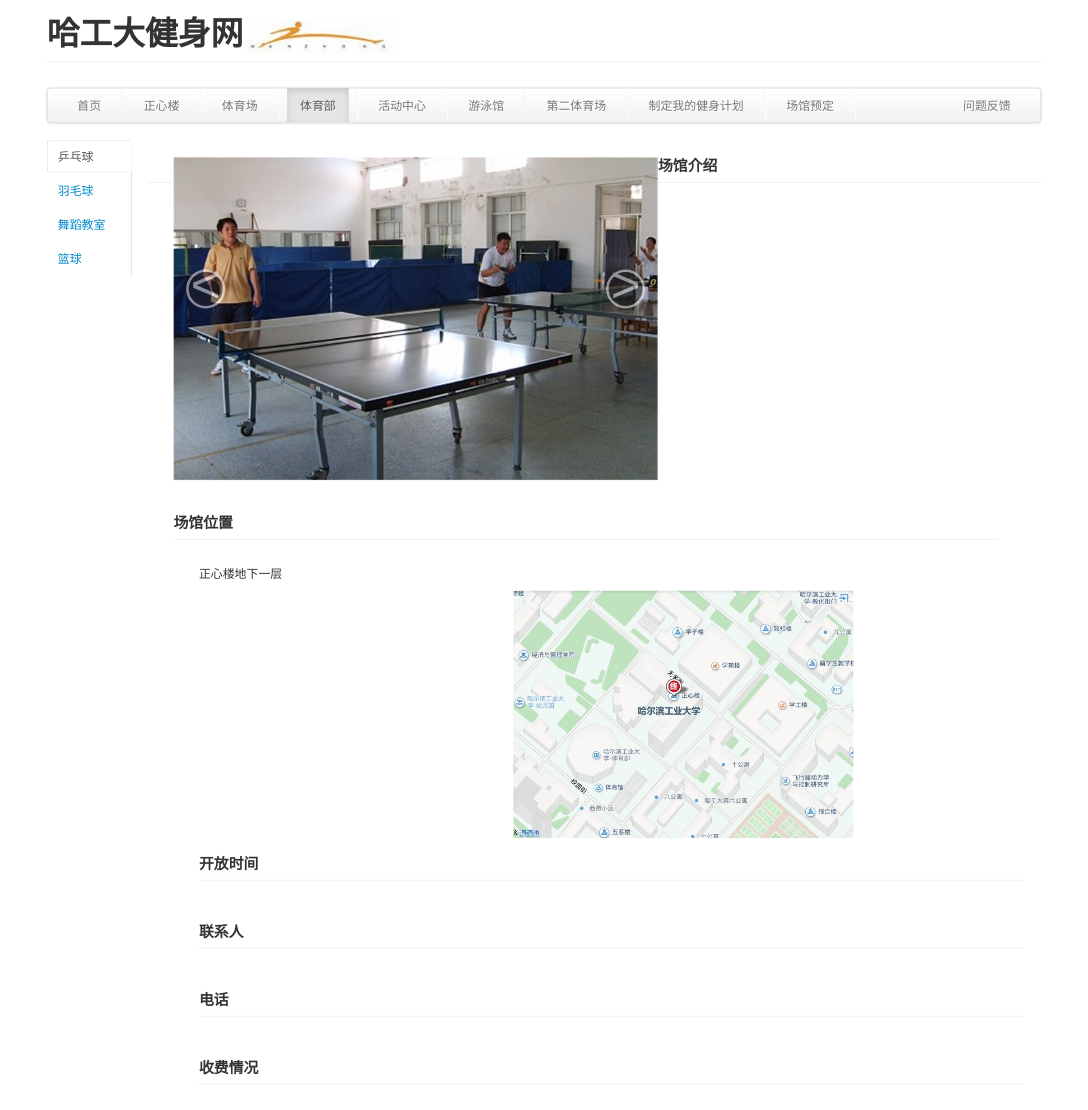
Repository: hitDeveloper/fitness
Page: http://localhost/project/tiyubu.jsp
The author's editor kept a copy of each file at every save. The page is drawn from the files as they stood at one save, then again after the next save.
The browser window is 1280 px wide. The pictures show the whole page, at 85% of full size.
The page is served by Tomcat 9. Nobody is signed in. The application's start-up code is not run. Other server files are loaded and not shown.

Above is the page before, as saved 2014-11-04 15:18:09.

### Project/project/WebRoot/tiyubu.jsp
<%@ page language="java" import="java.util.*" pageEncoding="UTF-8"%>
<!DOCTYPE html>
<html>
<head>
<title>首页</title>
	<meta name="viewport" content="width=device-width, initial-scale=1.0"  charset="utf-8">
	<link href="bootstrap.min.css" rel="stylesheet" type="text/css" media="screen">
	<link href="bootstrap-responsive.min.css" rel="stylesheet" type="text/css">
</head>
<body>
<div class="container">
<h1 class="page-header" >哈工大健身网<img src="image/logo.jpg"></h1>
<div class="navbar">
<div class="navbar-inner">
<div class="container">
<ul class="nav">
	<li ><a href="main.jsp">首页</a></li>
	<li class="divider-vertical"></li>
	<li><a href="zhengxin.jsp">正心楼</a></li>
	<li class="divider-vertical"></li>
	<li><a href="gym.jsp">体育场</a></li>
	<li class="divider-vertical"></li>
	<li class="active"><a href="tiyubu.jsp">体育部</a></li>
	<li class="divider-vertical"></li>
	<li><a href="center.jsp">活动中心</a></li>
	<li class="divider-vertical"></li>
	<li><a href="swimming.jsp">游泳馆</a></li>
	<li class="divider-vertical"></li>
	<li><a href="gym2.jsp">第二体育场</a></li>
	<li class="divider-vertical"></li>
	<li><a href="myplan.jsp">制定我的健身计划</a></li>
	<li class="divider-vertical"></li>
	<li><a href="myplan.jsp">场馆预定</a></li>
	<li class="divider-vertical"></li>
</ul>
<ul class="nav pull-right">
	<li><a href="problem.jsp">问题反馈</a></li>
</ul>
</div>
</div>
</div>

<div class="tabbable tabs-left">
<ul class="nav nav-tabs">
	<li class="active"><a href="#pingpong" data-toggle="tab">乒乓球</a></li>
	<li><a href="#yumaoqiu" data-toggle="tab">羽毛球</a></li>
	<li><a href="#wudao" data-toggle="tab">舞蹈教室</a></li>
	<li><a href="#lanqiu" data-toggle="tab">篮球</a></li>
</ul>
<div class="tab-content">
<div class="tab-pane active" id="pingpong">
<div class="span6">
<div class="carousel slide" id="carousel1">
<div class="carousel-inner">
<div class="item active">
<img src="image/gym/zhengxinlou/pingpangqiu/200791011446618.jpg" alt="">
</div>
<div class="item">
<img src="image/gym/zhengxinlou/pingpangqiu/160S0355A4.jpg" alt="">
</div>
<div class="item">
<img src="image/gym/zhengxinlou/pingpangqiu/7096_1324380234pF3x.jpg" alt="">
</div>
<div class="item">
<img src="image/gym/zhengxinlou/pingpangqiu/2013222161721926.jpg" alt="">
</div>
</div>
<a href="#carousel1" data-slide="prev" class="left carousel-control"><</a>
<a href="#carousel1" data-slide="next" class="right carousel-control">></a>
</div>
</div>
<div>
<h4 class="page-header">场馆介绍</h4>
<p></p>
</div>
<div class="span10">
<h4 class="page-header">场馆位置</h4>
<div class="span4">
<p>正心楼地下一层</p>
</div>
<div class="span8">
<img src="image/1.jpg" class="pull-right" width="400">
</div>
<div class="span10">
<h4 class="page-header">开放时间</h4>
<p></p>
</div>
<div class="span10">
<h4 class="page-header">联系人</h4>
<p></p>
</div>
<div class="span10">
<h4 class="page-header">电话</h4>
<p></p>
</div>
<div class="span10">
<h4 class="page-header">收费情况</h4>
<p></p>
</div>
</div>
</div>
<div class="tab-pane" id="yumaoqiu">
<div class="span6">
<div class="carousel slide" id="carousel2">
<div class="carousel-inner">
<div class="item active">
<img src="image/gym/zhengxinlou/yumaoqiu/20090427093350883.jpg" alt="">
</div>
<div class="item">
<img src="image/gym/zhengxinlou/yumaoqiu/20090518151332698.jpg" alt="">
</div>
<div class="item">
<img src="image/gym/zhengxinlou/yumaoqiu/20090518151325566.jpg" alt="">
</div>
<div class="item">
<img src="image/gym/zhengxinlou/yumaoqiu/20090518151319672.jpg" alt="">
</div>
<div class="item">
<img src="" alt="">
</div>
</div>
<a href="#carousel2" data-slide="prev" class="left carousel-control"><</a>
<a href="#carousel2" data-slide="next" class="right carousel-control">></a>
</div>
</div>
<div>
<h4 class="page-header">场馆介绍</h4>
<p></p>
</div>
<div class="span10">
<h4 class="page-header">场馆位置</h4>
<div class="span4">
<p>正心楼地下一层</p>
</div>
<div class="span10">
<img src="image/1.jpg" class="pull-right" width="400">
</div>
<div class="span10">
<h4 class="page-header">开放时间</h4>
<p></p>
</div>
<div class="span10">
<h4 class="page-header">联系人</h4>
<p></p>
</div>
<div class="span10">
<h4 class="page-header">电话</h4>
<p></p>
</div>
<div class="span10">
<h4 class="page-header">收费情况</h4>
<p></p>
</div>
</div>
</div>
<div class="tab-pane" id="wudao">
<div class="span6">
<div class="carousel slide" id="carousel3">
<div class="carousel-inner">
<div class="item active">
<img src="image/gym/zhengxinlou/wudaojiaoshi/cg(13).jpg" alt="">
</div>
<div class="item">
<img src="image/gym/zhengxinlou/wudaojiaoshi/u=3457288260,733846613&fm=23&gp=0.jpg" alt="">
</div>
<div class="item">
<img src="image/gym/zhengxinlou/wudaojiaoshi/20090610135412554.jpg" alt="">
</div>
<div class="item">
<img src="image/gym/zhengxinlou/wudaojiaoshi/20090427093504598.jpg" alt="">
</div>
</div>
<a href="#carousel3" data-slide="prev" class="left carousel-control"><</a>
<a href="#carousel3" data-slide="next" class="right carousel-control">></a>
</div>
</div>
<div>
<h4 class="page-header">场馆介绍</h4>
<p></p>
</div>
<div class="span10">
<h4 class="page-header">场馆位置</h4>
<div class="span4">
<p>正心楼地下一层</p>
</div>
<div class="span10">
<img src="image/1.jpg" class="pull-right" width="400">
</div>
<div class="span10">
<h4 class="page-header">开放时间</h4>
<p></p>
</div>
<div class="span10">
<h4 class="page-header">联系人</h4>
<p></p>
</div>
<div class="span10">
<h4 class="page-header">电话</h4>
<p></p>
</div>
<div class="span10">
<h4 class="page-header">收费情况</h4>
<p></p>
</div>
</div>
</div>

<div class="tab-pane" id="lanqiu">
<div class="span6">
<div class="carousel slide" id="carousel4">
<div class="carousel-inner">
<div class="item active">
<img src="image/gym/zhengxinlou/wudaojiaoshi/cg(13).jpg" alt="">
</div>
<div class="item">
<img src="image/gym/zhengxinlou/wudaojiaoshi/u=3457288260,733846613&fm=23&gp=0.jpg" alt="">
</div>
<div class="item">
<img src="image/gym/zhengxinlou/wudaojiaoshi/20090610135412554.jpg" alt="">
</div>
<div class="item">
<img src="image/gym/zhengxinlou/wudaojiaoshi/20090427093504598.jpg" alt="">
</div>
</div>
<a href="#carousel4" data-slide="prev" class="left carousel-control"><</a>
<a href="#carousel4" data-slide="next" class="right carousel-control">></a>
</div>
</div>
<div>
<h4 class="page-header">场馆介绍</h4>
<p></p>
</div>
<div class="span10">
<h4 class="page-header">场馆位置</h4>
<div class="span4">
<p>正心楼地下一层</p>
</div>
<div class="span10">
<img src="image/1.jpg" class="pull-right" width="400">
</div>
<div class="span10">
<h4 class="page-header">开放时间</h4>
<p></p>
</div>
<div class="span10">
<h4 class="page-header">联系人</h4>
<p></p>
</div>
<div class="span10">
<h4 class="page-header">电话</h4>
<p></p>
</div>
<div class="span10">
<h4 class="page-header">收费情况</h4>
<p></p>
</div>
</div>
</div>
</div>


</div>
</div>
		<script src="jquery-1.11.1.min.js"></script>
		<script src="bootstrap.min.js"></script>
</body>
</html>

Loaded but not shown: Project/project/WebRoot/bootstrap.min.css (library); Project/project/WebRoot/bootstrap-responsive.min.css (library); Project/project/WebRoot/jquery-1.11.1.min.js (library); Project/project/WebRoot/bootstrap.min.js (library)

After the next save:
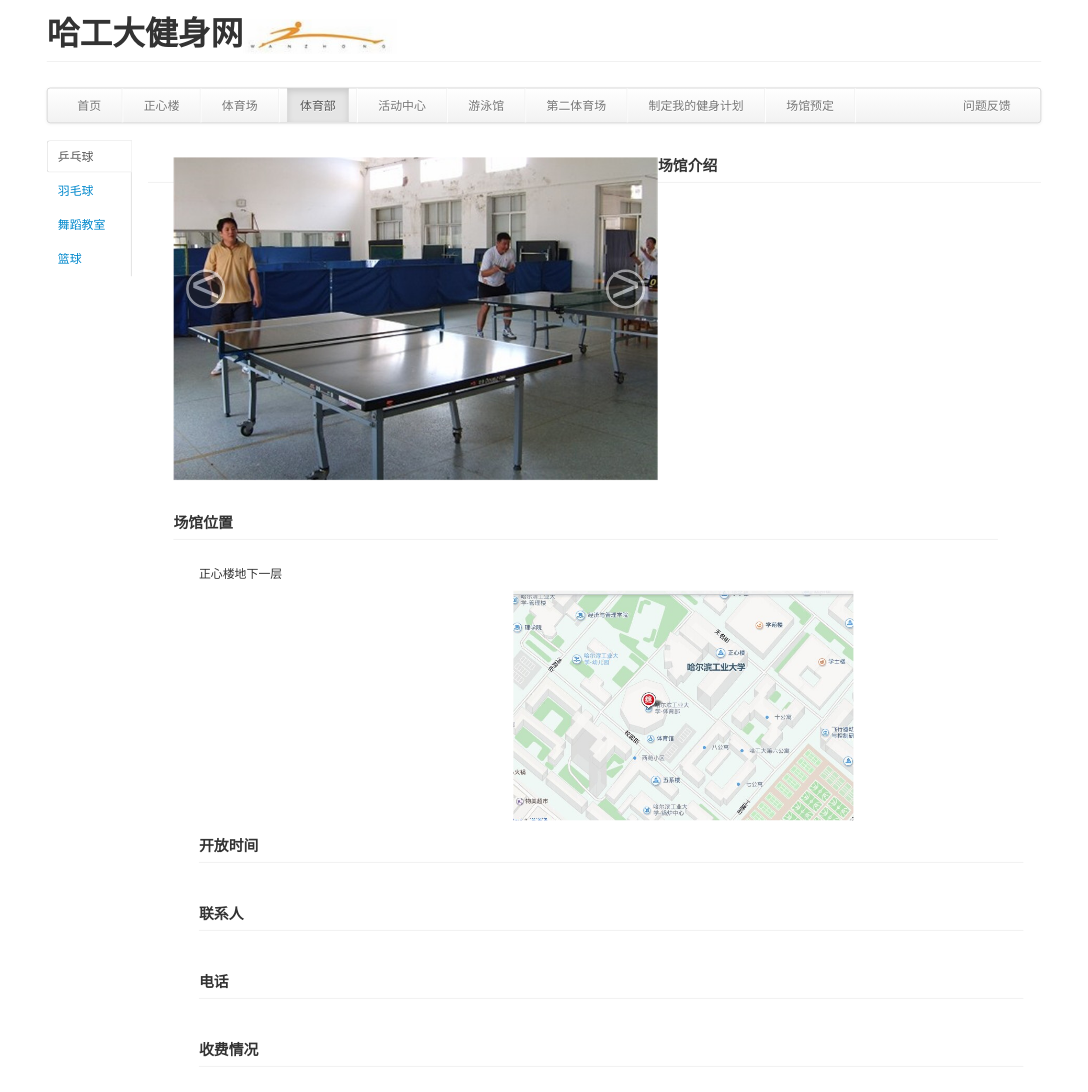
Saved 60 s later.
--- a/Project/project/WebRoot/tiyubu.jsp
+++ b/Project/project/WebRoot/tiyubu.jsp
@@ -79,7 +79,7 @@
 <p>正心楼地下一层</p>
 </div>
 <div class="span8">
-<img src="image/1.jpg" class="pull-right" width="400">
+<img src="image/5.jpg" class="pull-right" width="400">
 </div>
 <div class="span10">
 <h4 class="page-header">开放时间</h4>
@@ -133,7 +133,7 @@
 <p>正心楼地下一层</p>
 </div>
 <div class="span10">
-<img src="image/1.jpg" class="pull-right" width="400">
+<img src="image/5.jpg" class="pull-right" width="400">
 </div>
 <div class="span10">
 <h4 class="page-header">开放时间</h4>
@@ -184,7 +184,7 @@
 <p>正心楼地下一层</p>
 </div>
 <div class="span10">
-<img src="image/1.jpg" class="pull-right" width="400">
+<img src="image/5.jpg" class="pull-right" width="400">
 </div>
 <div class="span10">
 <h4 class="page-header">开放时间</h4>
@@ -236,7 +236,7 @@
 <p>正心楼地下一层</p>
 </div>
 <div class="span10">
-<img src="image/1.jpg" class="pull-right" width="400">
+<img src="image/5.jpg" class="pull-right" width="400">
 </div>
 <div class="span10">
 <h4 class="page-header">开放时间</h4>
